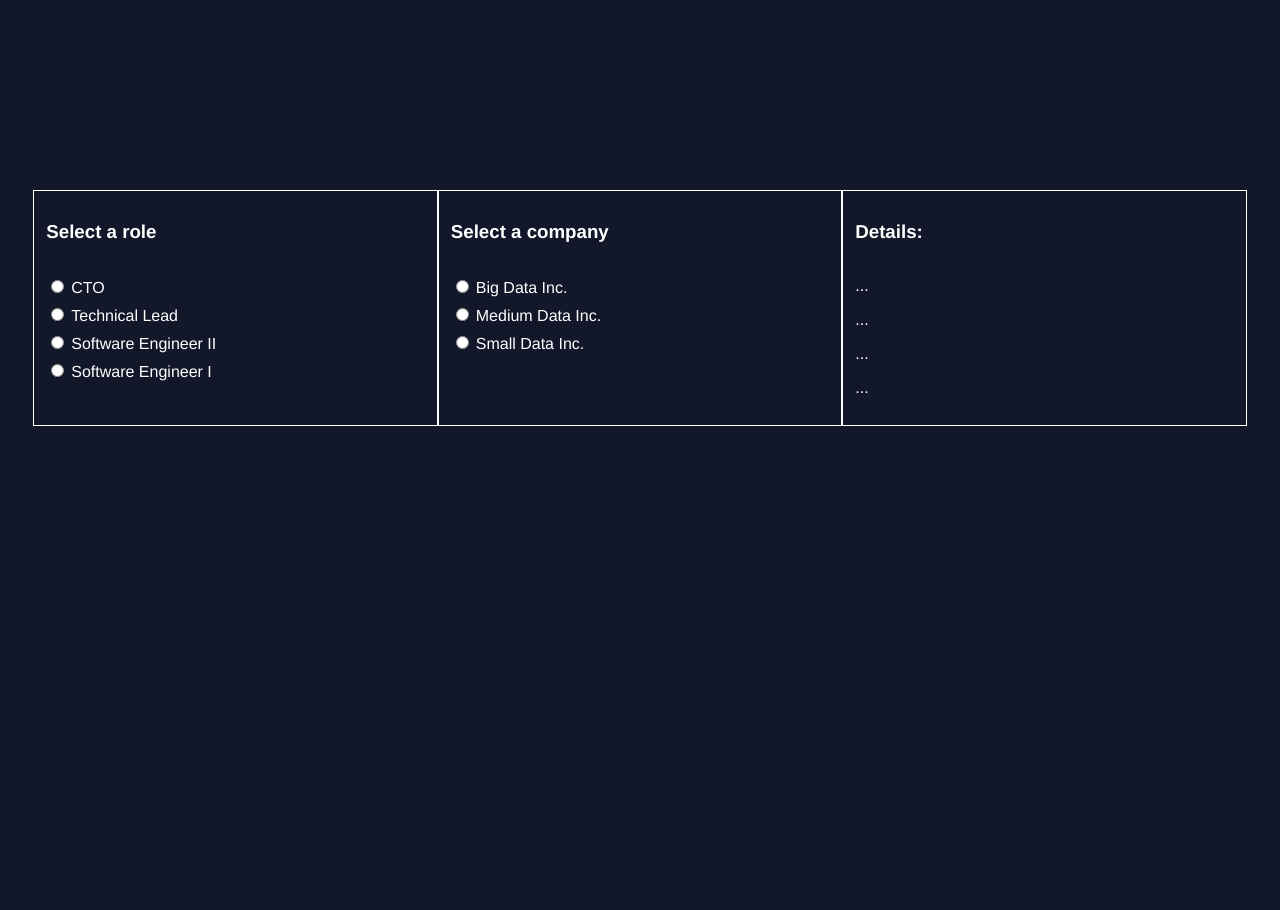
Repository: julihocc/workaround-explorer
Page: index.html
These files come from the project's save history. The page is drawn as it stood at one moment and after the next save; the edit follows.
The browser window is 1280 px wide. The pictures show the whole page.

Above is the page before, as saved 2022-10-13 19:17:36.

After the next save:
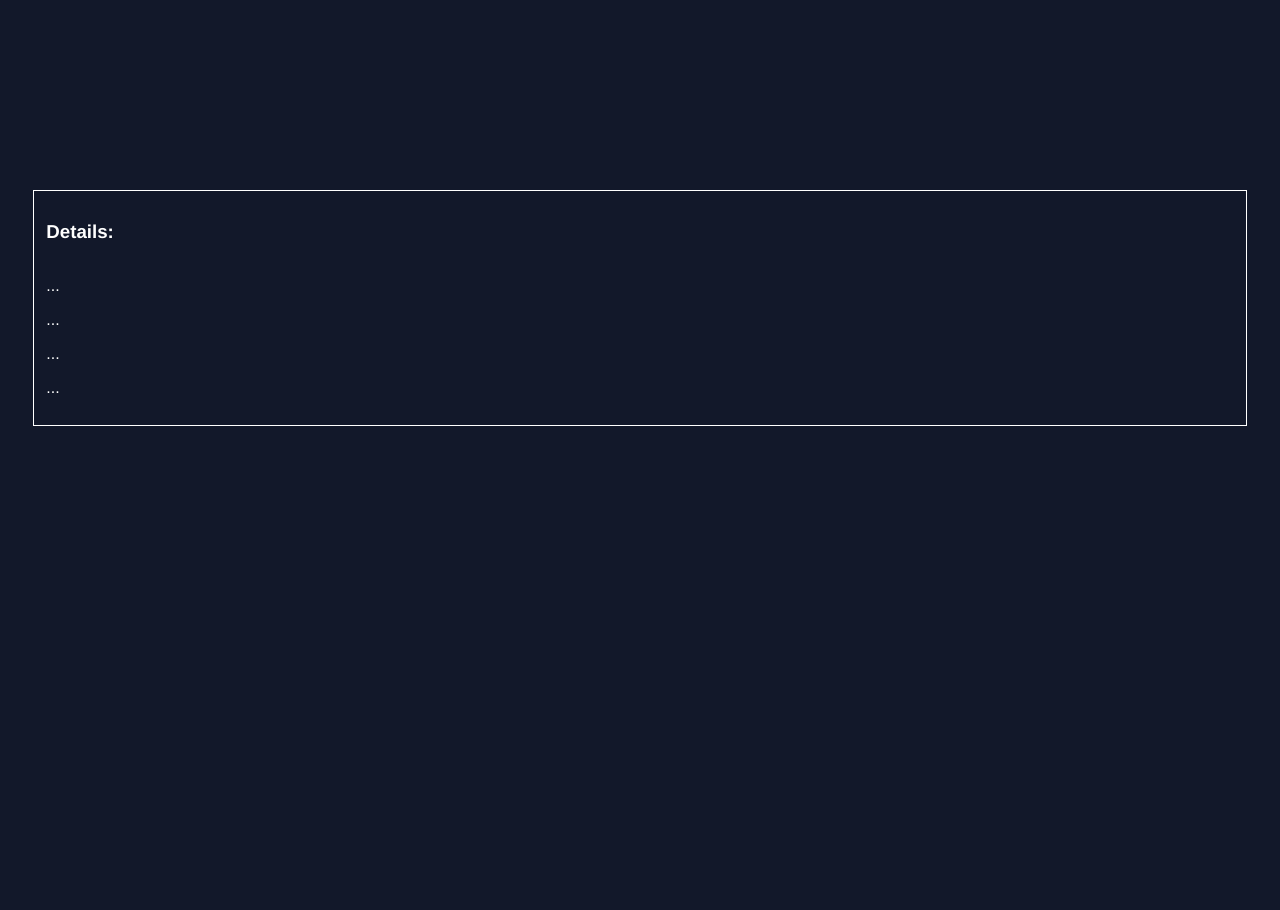
Console error: ReferenceError: updateResults is not defined
Saved 6 min 43 s later.
--- a/main.js
+++ b/main.js
@@ -53,35 +53,35 @@
 }
 
 
-function updateResults() {
-  // Get the current selected company and role from the radio button inputs.
-  const company = document.querySelector("input[name='company']:checked").value;
-  console.log(company)
-  const role = document.querySelector("input[name='role']:checked").value;
-  console.log(role)
+// function updateResults() {
+//   // Get the current selected company and role from the radio button inputs.
+//   const company = document.querySelector("input[name='company']:checked").value;
+//   console.log(company)
+//   const role = document.querySelector("input[name='role']:checked").value;
+//   console.log(role)
 
-  // If either the company or role is unselected, return.
-  if (!company || !role) {
-    return;
-  }
+//   // If either the company or role is unselected, return.
+//   if (!company || !role) {
+//     return;
+//   }
 
-  // TODO: Use the workAroundModule functions to calculate the needed data.
-  const averageSalaryByRole = getAverageSalaryByRole(role);
-  const averageSalaryByCompany = getAverageSalaryByCompany(company);
-  const salary = getSalaryAtCompany(role, company);
-  const industryAverageSalary = getIndustryAverageSalary();
+//   // TODO: Use the workAroundModule functions to calculate the needed data.
+//   const averageSalaryByRole = getAverageSalaryByRole(role);
+//   const averageSalaryByCompany = getAverageSalaryByCompany(company);
+//   const salary = getSalaryAtCompany(role, company);
+//   const industryAverageSalary = getIndustryAverageSalary();
 
-  // Render them to the screen.
-  document.getElementById(
-    "salarySelected"
-  ).innerText = `The salary for ${role}s at ${company} is \$${salary}`;
-  document.getElementById(
-    "salaryAverageByRole"
-  ).innerText = `The industry average salary for ${role} positions is \$${averageSalaryByRole}`;
-  document.getElementById(
-    "salaryAverageByCompany"
-  ).innerText = `The average salary at ${company} is \$${averageSalaryByCompany}`;
-  document.getElementById(
-    "salaryAverageIndustry"
-  ).innerText = `The average salary in the Tech industry is \$${industryAverageSalary}`;
-}
+//   // Render them to the screen.
+//   document.getElementById(
+//     "salarySelected"
+//   ).innerText = `The salary for ${role}s at ${company} is \$${salary}`;
+//   document.getElementById(
+//     "salaryAverageByRole"
+//   ).innerText = `The industry average salary for ${role} positions is \$${averageSalaryByRole}`;
+//   document.getElementById(
+//     "salaryAverageByCompany"
+//   ).innerText = `The average salary at ${company} is \$${averageSalaryByCompany}`;
+//   document.getElementById(
+//     "salaryAverageIndustry"
+//   ).innerText = `The average salary in the Tech industry is \$${industryAverageSalary}`;
+// }

After the save that followed:
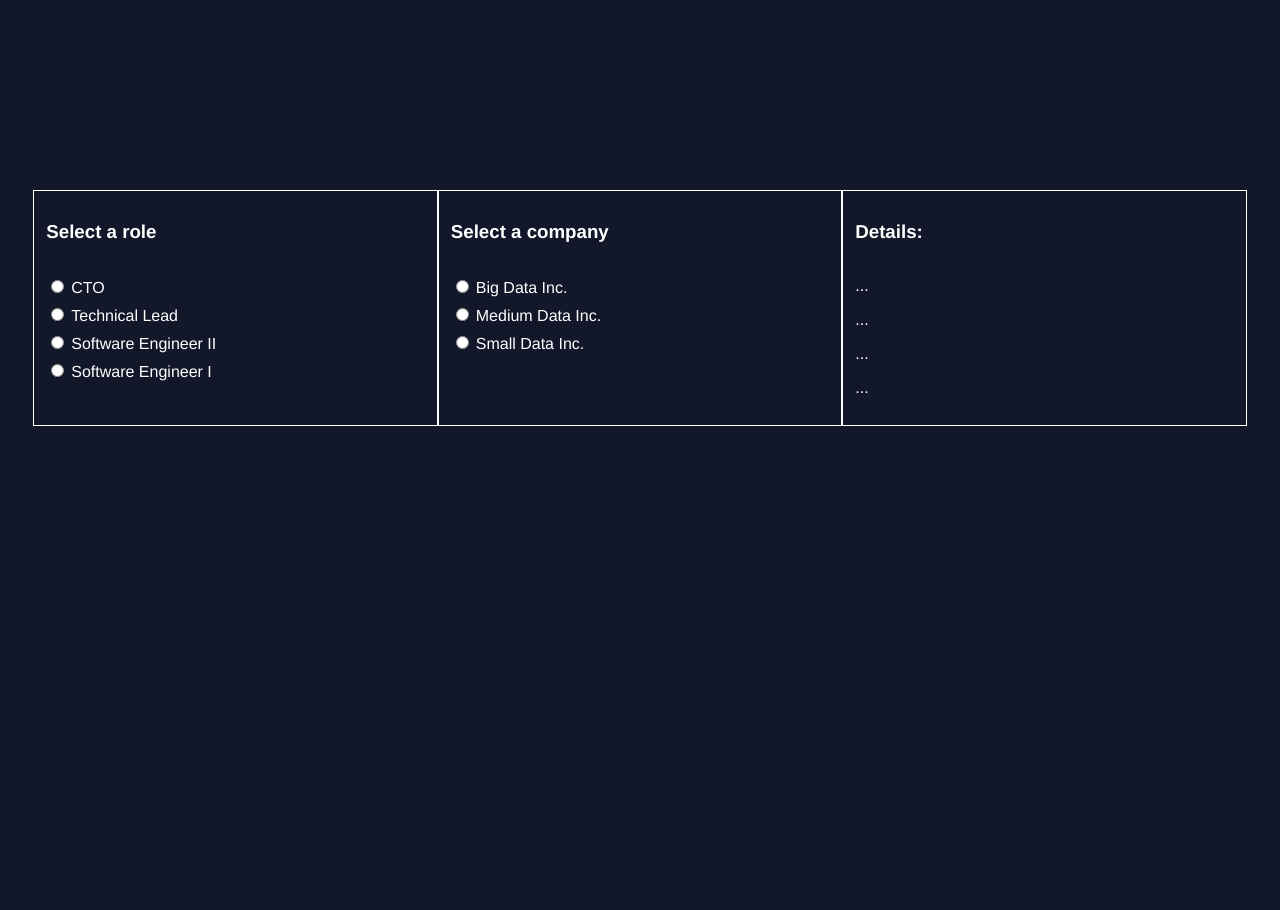
The error is gone.
Saved 36 s later.
--- a/main.js
+++ b/main.js
@@ -53,35 +53,35 @@
 }
 
 
-// function updateResults() {
-//   // Get the current selected company and role from the radio button inputs.
-//   const company = document.querySelector("input[name='company']:checked").value;
-//   console.log(company)
-//   const role = document.querySelector("input[name='role']:checked").value;
-//   console.log(role)
+function updateResults() {
+  // Get the current selected company and role from the radio button inputs.
+  const company = document.querySelector("input[name='company']:checked").value;
+  console.log(company)
+  const role = document.querySelector("input[name='role']:checked").value;
+  console.log(role)
 
-//   // If either the company or role is unselected, return.
-//   if (!company || !role) {
-//     return;
-//   }
+  // If either the company or role is unselected, return.
+  if (!company || !role) {
+    return;
+  }
 
-//   // TODO: Use the workAroundModule functions to calculate the needed data.
-//   const averageSalaryByRole = getAverageSalaryByRole(role);
-//   const averageSalaryByCompany = getAverageSalaryByCompany(company);
-//   const salary = getSalaryAtCompany(role, company);
-//   const industryAverageSalary = getIndustryAverageSalary();
+  // TODO: Use the workAroundModule functions to calculate the needed data.
+  const averageSalaryByRole = getAverageSalaryByRole(role);
+  const averageSalaryByCompany = getAverageSalaryByCompany(company);
+  const salary = getSalaryAtCompany(role, company);
+  const industryAverageSalary = getIndustryAverageSalary();
 
-//   // Render them to the screen.
-//   document.getElementById(
-//     "salarySelected"
-//   ).innerText = `The salary for ${role}s at ${company} is \$${salary}`;
-//   document.getElementById(
-//     "salaryAverageByRole"
-//   ).innerText = `The industry average salary for ${role} positions is \$${averageSalaryByRole}`;
-//   document.getElementById(
-//     "salaryAverageByCompany"
-//   ).innerText = `The average salary at ${company} is \$${averageSalaryByCompany}`;
-//   document.getElementById(
-//     "salaryAverageIndustry"
-//   ).innerText = `The average salary in the Tech industry is \$${industryAverageSalary}`;
-// }
+  // Render them to the screen.
+  document.getElementById(
+    "salarySelected"
+  ).innerText = `The salary for ${role}s at ${company} is \$${salary}`;
+  document.getElementById(
+    "salaryAverageByRole"
+  ).innerText = `The industry average salary for ${role} positions is \$${averageSalaryByRole}`;
+  document.getElementById(
+    "salaryAverageByCompany"
+  ).innerText = `The average salary at ${company} is \$${averageSalaryByCompany}`;
+  document.getElementById(
+    "salaryAverageIndustry"
+  ).innerText = `The average salary in the Tech industry is \$${industryAverageSalary}`;
+}
